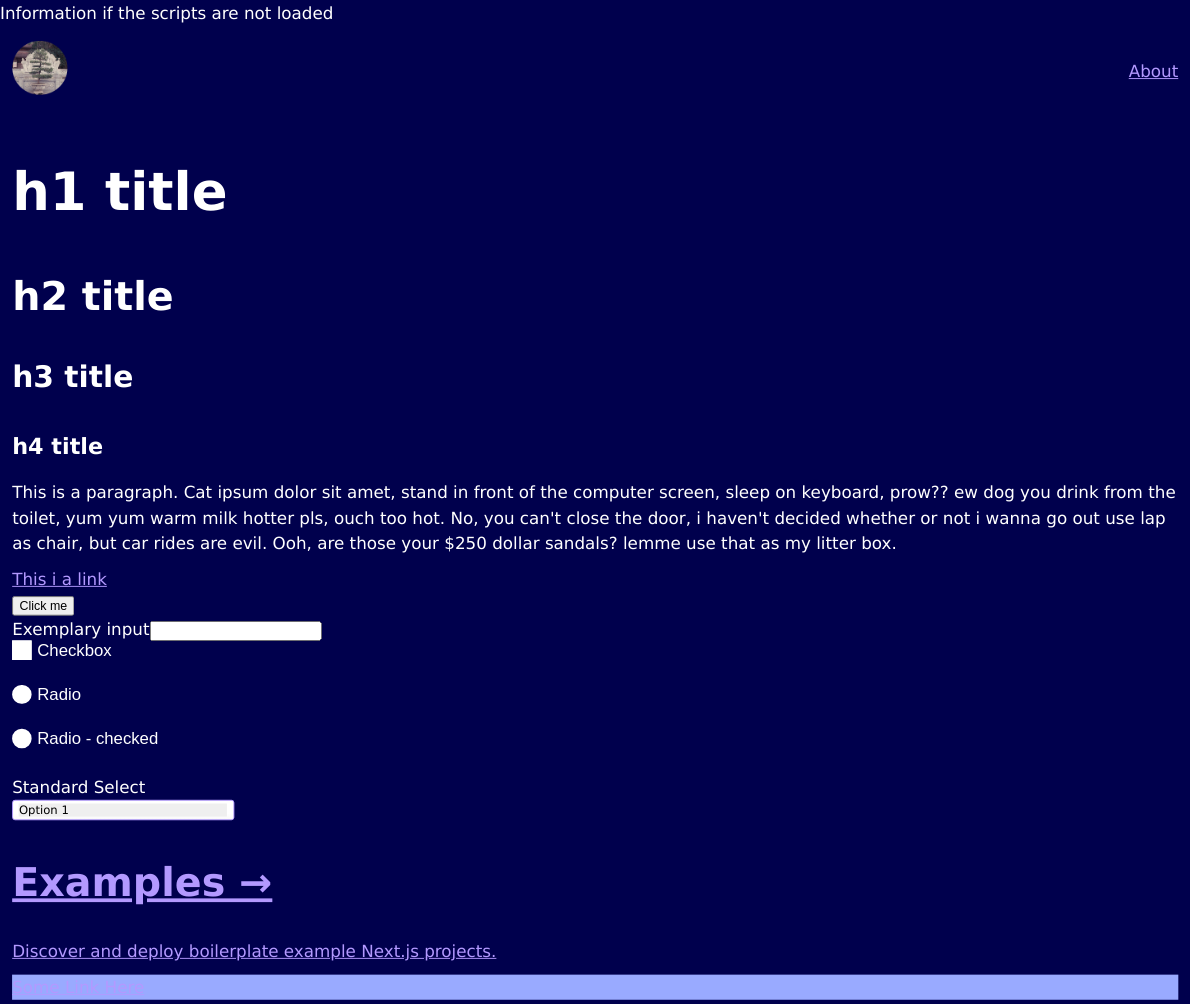
Repository: magiai/scent-app
Page: /
These files come from the project's save history. The page is drawn as it stood at one moment and after the next save; the edit follows.
The browser window is 1280 px wide. The pictures show the whole page, at 93% of full size.
The project was rebuilt for these pictures with package versions that can differ from the ones it lists, and the page was loaded fresh each time. The framework's server and built-in components were replaced by stand-ins that run in the browser.

Above is the page before, as saved 2022-05-25 18:34:11.

### pages/_app.tsx

import '../styles/variables.css';
import '../styles/global.css';
import '../styles/forms.css';
import { AppProps } from 'next/app';

function MyApp({ Component, pageProps }: AppProps) {
    return (
        <Component {...pageProps} />
    )
}

export default MyApp

### pages/_document.js
import { Html, Head, Main, NextScript } from "next/document";

export default function Document() {
    return (
        <Html lang="en">
            <Head>
                <meta charset="utf-8" />
                <meta http-equiv="X-UA-Compatible" content="IE=edge" />
                <meta name=" theme-color" content="#fff" />
                <meta name="viewport" content="width=device-width, initial-scale=1" />
                <meta name="robots" content="index, follow" />

                <title key="title">Application title</title>
                <link rel="icon" href="/favicon.ico"></link>
                <link rel="canonical" href="https://website.com/"></link>
                <meta name="description" content="Application description"></meta>

                {/* Open Graph Protocol */}
                <meta property="fb:page_id" content="" />
                <meta property="twitter:site" content="" />

                <meta property="og:title" content="Application title"/>
                <meta property="og:type" content="application"/>
                <meta property="og:url" content="https://website.com"/>
                <meta property="og:site_name" content=""/>
                <meta property="og:description" content="Application description"/>
                <meta property="og:image" content=""/>
                {/* /Open Graph Protocol */}

                <noscript>Information if the scripts are not loaded</noscript>
            </Head>
            <body>
                <Main />
                <NextScript />
            </body>
        </Html>
    )
}

### pages/index.tsx
import Head from 'next/head';
import Layout from '../components/layout';

export default function Home() {
  return (
    <Layout>
      <Head>
        <title key="title">Home</title>
      </Head>

      <main>
        <h1>h1 title</h1>
        <h2>h2 title</h2>
        <h3>h3 title</h3>
        <h4>h4 title</h4>

        <p>
            This is a paragraph. Cat ipsum dolor sit amet, stand in front of the computer screen, sleep on keyboard, prow?? ew dog you drink from the toilet, yum yum warm milk hotter pls, ouch too hot. No, you can't close the door, i haven't decided whether or not i wanna go out use lap as chair, but car rides are evil. Ooh, are those your $250 dollar sandals? lemme use that as my litter box.
        </p>

        <a href='/'>This i a link</a>
        <br />
        <button>Click me</button>
        <br />

        <form>
            <label>
                Exemplary input
                <input id="input-exemple" type="text"/>
            </label>
            <br />
            <label className="form-control">
                <input name="checkbox" type="checkbox"/>
                Checkbox
            </label>
            <br />
            <label className="form-control">
                <input name="radio" type="radio" disabled/>
                Radio
            </label>
            <br />
            <label className="form-control">
                <input name="radio" type="radio"/>
                Radio - checked
            </label>
            <br />
            <label htmlFor="standard-select">Standard Select</label>
            <div className="select">
                <select id="standard-select">
                    <option value="Option 1">Option 1</option>
                    <option value="Option 2">Option 2</option>
                    <option value="Option 3">Option 3</option>
                    <option value="Option 4">Option 4</option>
                    <option value="Option 5">Option 5</option>
                    <option value="Option length">
                    Option that has too long of a value to fit
                    </option>
                </select>
            </div>
        </form>


        <div className="grid">
          <a
            href="https://github.com/vercel/next.js/tree/master/examples"
            className="card"
          >
            <h2>Examples &rarr;</h2>
            <p>Discover and deploy boilerplate example Next.js projects.</p>
          </a>

        </div>
      </main>

    </Layout>
  )
}

### styles/variables.css
:root {
    --color--white: white;
    --color--black: black;

    --hue--base: 255;
    --saturation--base: 100%;
    --lightness--base: 80%;
    --opacity--base: 1;
    --color--lighten: 5%;
    --color--darken: 10%;
    --color--primary: hsla(var(--hue--base), var(--saturation--base), var(--lightness--base), var(--opacity--base));
    --color--primary--active: hsla(var(--hue--base),
                                    var(--saturation--base),
                                    calc(var(--lightness--base) + var(--color--lighten)),
                                    var(--opacity--base));

    --hue--secondary: 240;
    --saturation--secondary: 100%;
    --lightness--secondary: 15%;
    --color--secondary: hsla(var(--hue--secondary), var(--saturation--secondary), var(--lightness--secondary), var(--opacity--base));
    --color--secondary--active: hsla(var(--hue--secondary),
                                var(--saturation--secondary),
                                calc(var(--lightness--secondary) + var(--color--lighten)),
                                var(--opacity--base));

    --hue--error: 360;
    --hue--success: 130;
    --hue--information: 230;
    --color--disabled: hsla(var(--hue--information), 0, calc(var(--lightness--base) - var(--color--darken)), var(--opacity--base));
    --color--information: hsla(var(--hue--information), var(--saturation--base), var(--lightness--base), var(--opacity--base));
    --color--success: hsla(var(--hue--success), var(--saturation--base), var(--lightness--base), var(--opacity--base));
    --color--error: hsla(var(--hue--error), var(--saturation--base), var(--lightness--base), var(--opacity--base));

    --background-color: var(--color--secondary);

    --spacing__ratio: 1.414;
    --spacing__ratio--desktop: 1.618;
    --space--base: 0.5rem;
    --space--xs: var(--space--base);
    --space--s: calc(var(--space--xs) * var(--spacing__ratio));
    --space--m: calc(var(--space--s) * var(--spacing__ratio));
    --space--l: calc(var(--space--m) * var(--spacing__ratio));
    --space--xl: calc(var(--space--l) * var(--spacing__ratio));

    --font-size__ratio: 1.20;
    --font-size__ratio--desktop: 1.333;
    --font-size--base: 1.8rem;
    --font-size--h4: calc(var(--font-size--base) * var(--font-size__ratio));
    --font-size--h3: calc(var(--font-size--h4) * var(--font-size__ratio));
    --font-size--h2: calc(var(--font-size--h3) * var(--font-size__ratio));
    --font-size--h1: calc(var(--font-size--h2) * var(--font-size__ratio));
}

@media only screen and (min-width: 768px) {
    :root {
        --font-size__ratio: var(--font-size__ratio--desktop);
        --spacing__ratio: var(--spacing__ratio--desktop);
    }
}

### styles/global.css
html {
    font-size: 62.5%;
}

*,
*:before,
*:after {
    box-sizing: border-box;
}

body {
    margin: 0;
    color: var(--color--white);
    background-color: var(--background-color);
    font-family: Verdana;
    font-size: var(--font-size--base);
    line-height: 1.5;
    /* line-height: calc(2px + 2ex + 2px); */
}

p,
li,
h1, h2, h3, h4, h5 {
  overflow-wrap: break-word;
  hyphens: auto;
  margin-bottom: 0.65em;
}

h1 {
    font-size: var(--font-size--h1);
}

h2 {
    font-size: var(--font-size--h2);
}

h3 {
    font-size: var(--font-size--h3);
}

h4 {
    font-size: var(--font-size--h4);
}

h5 {
    font-size: var(--font-size--h5);
}

a {
    color: var(--color--primary);
    padding-top: var(--space--s);
    padding-bottom: var(--space--s);
}

a:hover, a:active, a:focus {
    color: var(--color--primary--active);
}

### styles/forms.css
:root {
    --form-control__color: var(--color--secondary);
    --form-control--disabled: var(--color--disabled);
    --select-border: var(--color--primary);
    --select-focus: blue;
    --select-arrow: var(--select-border);
}

.form-control {
    font-family: system-iu, sans-serif;
    font-size: var(--font-size--base);
    line-height: 1.1;
    display: grid;
    grid-template-columns: 1em auto;
    gap: 0.5em;
}

input[type="radio"],
input[type="checkbox"] {
    --webkit-appearance: none;
    appearance: none;
    background-color: var(--color--white);
    margin: 0;
    font: inherit;
    color: currentColor;
    width: 1.15em;
    height: 1.15em;
    border: 0.15em solid currentColor;
    transform: translateY(-0.075em);
    display: grid;
    place-content: center;
}

input[type="radio"] {
    border-radius: 50%;
}

input[type="radio"]::before,
input[type="checkbox"]::before {
    content: "";
    width: 0.65em;
    height: 0.65em;
    transform: scale(0);
    transition: 120ms transform ease-in-out;
    box-shadow: inset 1em 1em var(--form-control__color);
    background-color: CanvasText;
}

input[type="radio"]::before {
    border-radius: 50%;
}

input[type="radio"]:checked::before,
input[type="checkbox"]:checked::before {
    transform: scale(1);
}

input[type="checkbox"]:checked::before {
    transform: scale(1);
    transform-origin: bottom left;
    clip-path: polygon(14% 44%, 0 65%, 50% 100%, 100% 16%, 80% 0%, 43% 62%);
}

input[type="radio"]:focus,
input[type="checkbox"]:focus {
    outline: max(2px, 0.15em) solid currentColor;
    outline-offset: max(2px, 0.15em);
}

input[type="radio"]:disabled,
input[type="checkbox"]:disabled {
    --form-control__color: var(--form-control--disabled);
    color: var(--form-control--disabled);
    cursor: not-allowed;
}

.form-control + .form-control {
    margin-top: 1em;
}

select {
    appearance: none;
    background-color: rbga(0, 0, 0, 0);
    border: none;
    padding: 0 1em 0 0;
    margin: 0;
    width: 100%;
    font-family: inherit;
    font-size: inherit;
    cursor: inherit;
    line-height: inherit;
    outline: none;
}

select::-ms-expand {
    display: none;
}

.select {
    width: 100%;
    min-width: 15ch;
    max-width: 30ch;
    border: 1px solid var(--select-border);
    border-radius: 0.25em;
    padding: 0.25em 0.5em;
    font-size: 1.25rem;
    cursor: pointer;
    line-height: 1.1;
    background-color: var(--color--white);
    background-image: linear-gradient(to top, #f9f9f9, var(--color--white) 33%);
  }

.select::after {
    content: "";
    width: 0.8em;
    height: 0.5em;
    /* background-color: var(--select-arrow); */
    background-color: violet;
    clip-path: polygon(100% 0%, 0 0%, 50% 100%);
}

### components/layout.tsx
import React from 'react';
import Footer from './footer';
import Header from './header';
import styles from './layout.module.css'

export default function Layout({
  children,
  home
}: {
  children: React.ReactNode
  home?: boolean
}) {
    return (
        <div className = {styles.container}>
            <Header/>
            {children}
            <Footer/>
        </div>
    );
}

### components/footer.js
import styles from './footer.module.css';

export default function Footer() {

    return(
        <footer className = {styles.footer}>
            <a
            href="https://vercel.com?utm_source=create-next-app&utm_medium=default-template&utm_campaign=create-next-app"
            target="_blank"
            rel="noopener noreferrer"
            >
            Some Link Here
            </a>
      </footer>
    );
}

### components/header.tsx
import Link from 'next/link';
import Image from 'next/image';
import styles from './header.module.css';

export default function Header() {
    return (
        <header className = {styles.header}>
            <nav className = {styles.navigation}>
                <Link href="/">
                    <a>
                        <Image
                            src = "/images/logo.png"
                            height = {60}
                            width = {60}
                            alt = "Logo"
                        />
                    </a>
                </Link>
                <Link href="/about">
                    <a>About</a>
                </Link>
            </nav>
        </header>
    );
}

### components/layout.module.css
.container {
    padding-left: var(--space--m);
    padding-right: var(--space--m);
}

### components/footer.module.css
.footer {
    background-color: var(--color--information);
}

### components/header.module.css
.header {
    padding-top: var(--space--s);
    padding-bottom: var(--space--s);
}

.navigation {
    width: 100%;
    display: flex;
    flex-direction: row;
    justify-content: space-between;
    align-items: center;
}

After the next save:
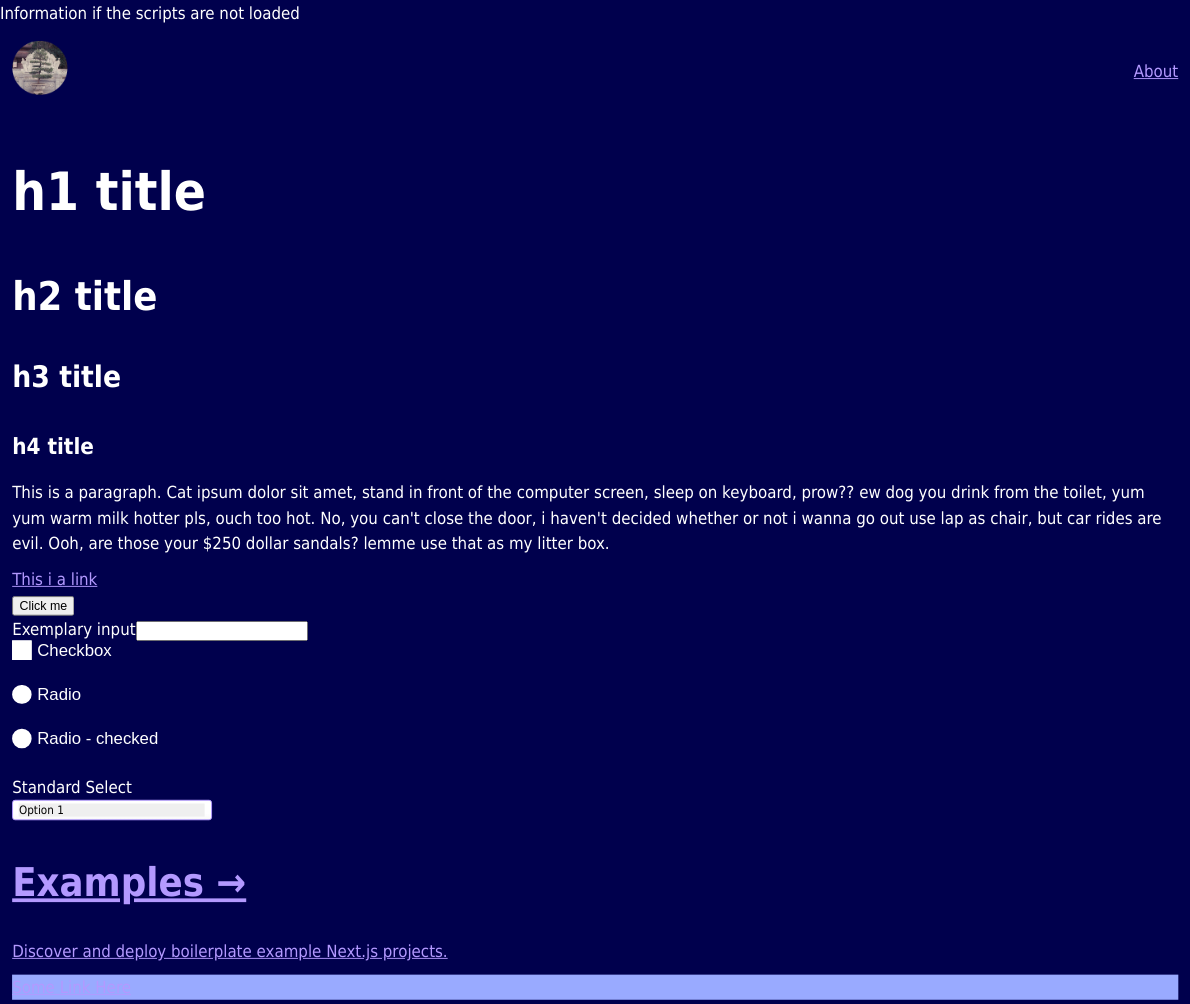
Saved 33 s later.
--- a/styles/global.css
+++ b/styles/global.css
@@ -12,7 +12,7 @@ body {
     margin: 0;
     color: var(--color--white);
     background-color: var(--background-color);
-    font-family: Verdana;
+    font-family: Tahoma;
     font-size: var(--font-size--base);
     line-height: 1.5;
     /* line-height: calc(2px + 2ex + 2px); */
